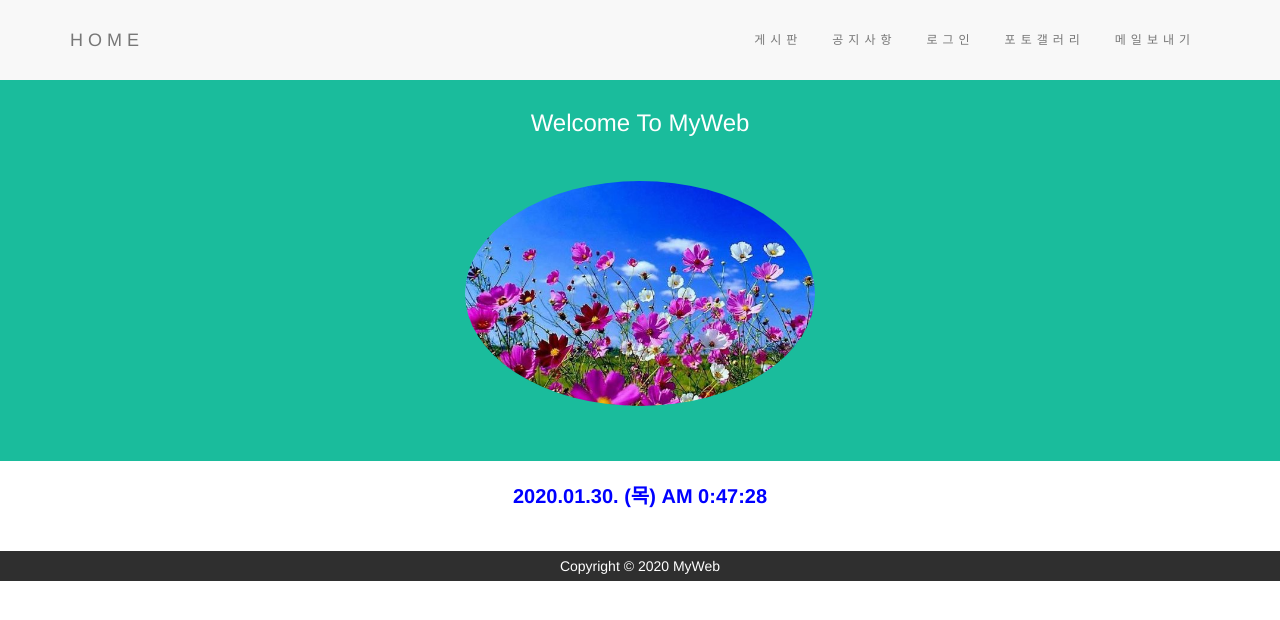
Repository: wlsgml0156/basicJava
Page: http://localhost/myweb/
An editor plug-in stored every save of this project. The page is shown before and after the next save, followed by the edit.
The browser window is 1280 px wide. The pictures show the whole page.
The page is served by Tomcat 9.

Above is the page before, as saved 2020-02-03 01:45:42.

After the next save:
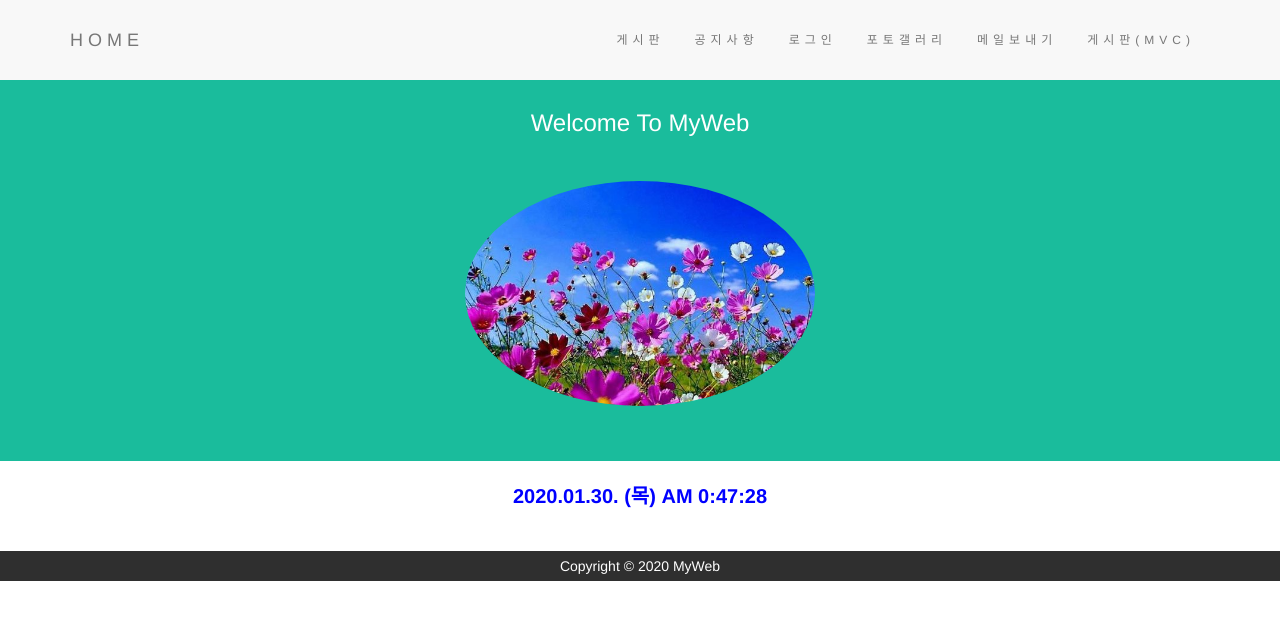
Saved 5 min 0 s later.
--- a/myweb/WebContent/index.jsp
+++ b/myweb/WebContent/index.jsp
@@ -106,6 +106,7 @@
         <li><a href="./member/loginForm.jsp">로그인</a></li>
         <li><a href="./pds/pdsList.jsp">포토갤러리</a></li>
         <li><a href="./mail/mailForm.jsp">메일보내기</a></li>
+        <li><a href="./bbs2/bbslist.do">게시판(MVC)</a></li>
       </ul>
     </div>
   </div>
